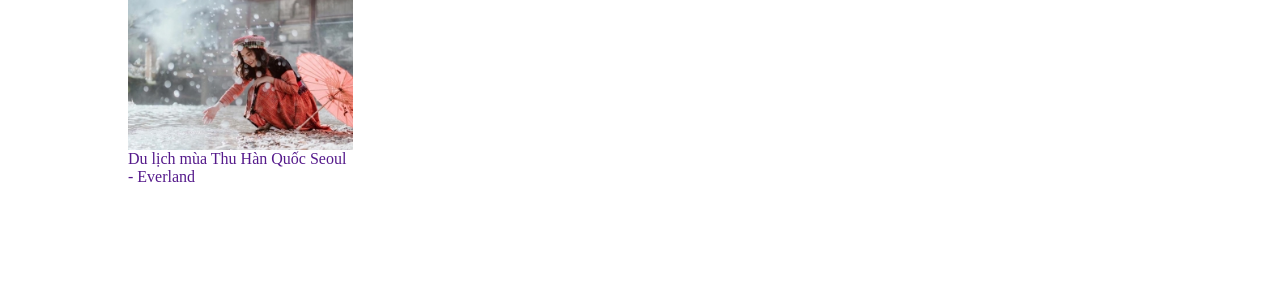
Repository: hoang71299/fe_26
Page: buoi 6/2.html
These files come from the project's save history. The page is drawn as it stood at one moment and after a run of saves; the edit follows.
The browser window is 1280 px wide. The pictures show the whole page.

Above is the page before, as saved 2022-08-30 15:27:51.

After the next 2 saves:
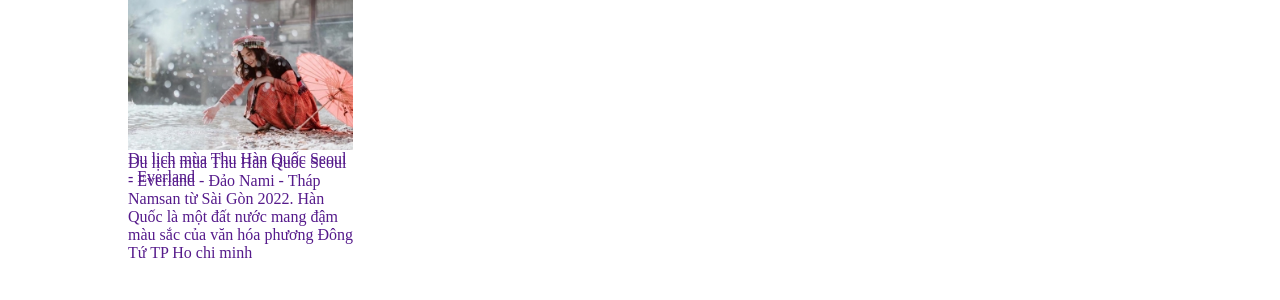
The 2 saves are shown as one change because they came seconds apart.
The last was saved 16 s later.
--- a/buoi 6/2.css
+++ b/buoi 6/2.css
@@ -16,7 +16,7 @@ html,body{
     width: 22%;
     height: auto;
 }
-a.top{
+.top{
     width: 100%;
     display: inline-block;
     text-decoration: none;
@@ -25,7 +25,7 @@ a.top{
     width: 100%;
     height: 150px;
     position: relative;
-    overflow: hidden;
+    /* overflow: hidden; */
 }
 a.top .content .hinhsp{
     width: 100%;
